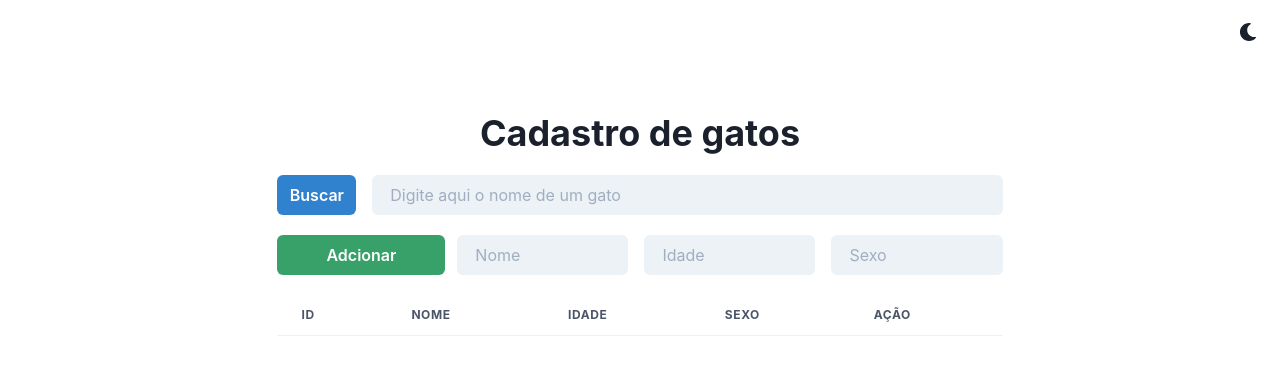
Repository: thislucasme/front-end-cats-react.js
Page: /
An editor plug-in stored every save of this project. The page is shown before and after the next save, followed by the edit.
The browser window is 1280 px wide. The pictures show the whole page.
The page's requests for data from a server got no answer. The project was rebuilt for these pictures with package versions that can differ from the ones it lists, and the page was loaded fresh each time. No one was signed in, and anything a server would have sent is missing.

Above is the page before, as saved 2021-10-27 10:17:44.

### src/App.tsx
import React, { useState, useEffect } from "react";
import {
  ChakraProvider,
  Box,
  VStack,
  Grid,
  theme,
  Flex,
  Button,
  Spacer,
  Input,
  Container,
  Heading,
  Table,
  Thead,
  Tbody,
  Image,
  Tr,
  Th,
  Td,
  useToast
} from "@chakra-ui/react"
import { ColorModeSwitcher } from "./ColorModeSwitcher"
import axios from "axios";
import { Cat } from "./cat.interface";
import useSWR from "swr";

const apiGet = (url:any) => axios.get(url).then(response => response.data);


export const App: React.FC = () => {
  const [gatos, setGatos] = useState<Cat[]>();
  const [nome, setNome] = useState("");
  const [idade, setIdade] = useState("");
  const [sexo, setSexo] = useState("");
  const [campoBusca, setCampoBusca] = useState("");

  const apiRequest = (url: string) => axios.get(url).then(response => response.data);

  const { data, error } = useSWR('http://localhost:3000/cats', apiRequest);



  function getAllTeste(){
    console.log(data);
  }

  const salvar = () => {

    const dadosTemp = {
      nome: nome,
      idade: Number(idade),
      sexo: sexo
    }

    axios.post('http://localhost:3000/cats/cat', dadosTemp)
      .then(result => {
        console.log("salvo");
        //buscar();
      }).catch(error => {
        console.log("erro ao salvar")
      });
  }

    const buscarByNome = () => {
      axios.get('http://localhost:3000/cats/' + campoBusca)
        .then(response => {
          setGatos(response.data);
          setCampoBusca('');
        })
  }

  function apagarGato(id: number) {
    axios.delete('http://localhost:3000/cats/' + id)
      .then(response => {

      })
    console.log("Apagar gato com id: " + id);
  }


  return (
     <ChakraProvider theme={theme}>
    <Box textAlign="center" fontSize="xl">
      <Grid minH="100vh" p={3}>
        <ColorModeSwitcher justifySelf="flex-end" />
        <VStack spacing={8}>
          <Container borderRadius={3} w={"80%"} h={"80vh"}>
            <Heading p={5}>Cadastro de gatos</Heading>
            <Flex>
              <Button colorScheme="blue" onClick={() => {getAllTeste()}}>Buscar</Button>
              <Spacer />
              <Input ml={4} value={campoBusca} onChange={(e) => {setCampoBusca(e.target.value)}} variant="filled" placeholder="Digite aqui o nome de um gato" />
            </Flex>
            <Flex mt={5}>
              <Button mr={3} w="full" colorScheme="green" onClick={() => {salvar()}}>Adcionar</Button>
              <Input valule={nome} onChange={(e) => {setNome(e.target.value)} } variant="filled" placeholder="Nome" />
              <Input valule={idade} onChange={(e) => {setIdade(e.target.value)}} ml={4} variant="filled" placeholder="Idade" />
              <Input valule={sexo} onChange={(e) => {setSexo(e.target.value)}} ml={4} variant="filled" placeholder="Sexo" />
            </Flex>

            <Table mt={5} variant="simple">
              <Thead>
                  <Tr>
                  <Th>ID</Th>
                  <Th>Nome</Th>
                  <Th>Idade</Th>
                    <Th>Sexo</Th>
                    <Th>Ação</Th>
                </Tr>
              </Thead>
                <Tbody>
                  {
                    data?.map((res:Cat) => (
                   <Tr color={"gray"} fontSize={"md"}>
                     <Td>{ res.idGato}</Td>
                     <Td>{ res.nome}</Td>
                      <Td>{ res.idade}</Td>
                     <Td>{res.sexo}</Td>
                     <Td><Button ml={4} variant={"ghost"} onClick={() => {apagarGato(res.idGato)}}><Image src="https://i.ibb.co/89zmrZs/delete.png"/></Button></Td>
                      </Tr>
                 )).reverse()
                 }

              </Tbody>

            </Table>
          </Container>
        </VStack>
      </Grid>
    </Box>
  </ChakraProvider>
  );
}

### src/ColorModeSwitcher.tsx
import * as React from "react"
import {
  useColorMode,
  useColorModeValue,
  IconButton,
  IconButtonProps,
} from "@chakra-ui/react"
import { FaMoon, FaSun } from "react-icons/fa"

type ColorModeSwitcherProps = Omit<IconButtonProps, "aria-label">

export const ColorModeSwitcher: React.FC<ColorModeSwitcherProps> = (props) => {
  const { toggleColorMode } = useColorMode()
  const text = useColorModeValue("dark", "light")
  const SwitchIcon = useColorModeValue(FaMoon, FaSun)

  return (
    <IconButton
      size="md"
      fontSize="lg"
      variant="ghost"
      color="current"
      marginLeft="2"
      onClick={toggleColorMode}
      icon={<SwitchIcon />}
      aria-label={`Switch to ${text} mode`}
      {...props}
    />
  )
}

Loaded but not shown: public/index.html (common file); src/index.tsx (common file); src/reportWebVitals.ts (common file); src/serviceWorker.ts (common file)

After the next save:
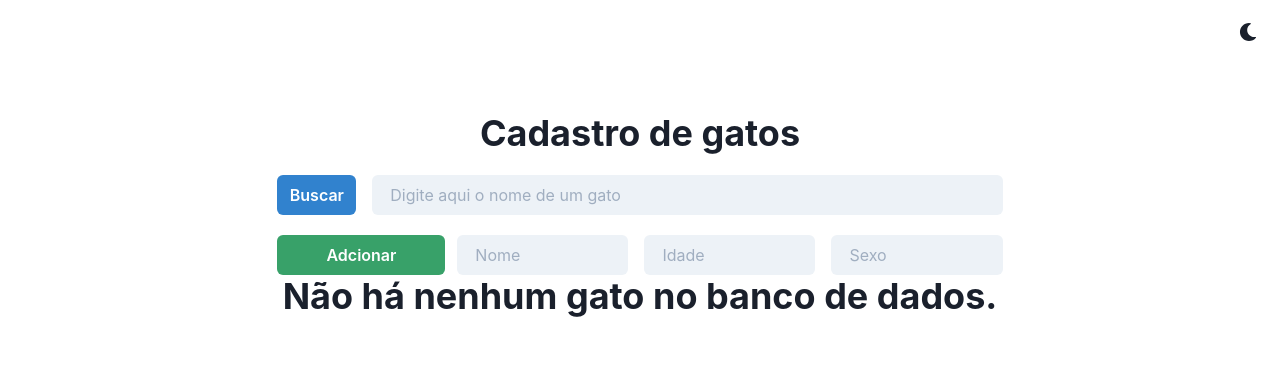
Saved 74 s later.
--- a/src/App.tsx
+++ b/src/App.tsx
@@ -98,33 +98,35 @@ export const App: React.FC = () => {
               <Input valule={idade} onChange={(e) => {setIdade(e.target.value)}} ml={4} variant="filled" placeholder="Idade" />
               <Input valule={sexo} onChange={(e) => {setSexo(e.target.value)}} ml={4} variant="filled" placeholder="Sexo" />
             </Flex>
+              {
+                data ?
+                <Table mt={5} variant="simple">
+                  <Thead>
+                    <Tr>
+                      <Th>ID</Th>
+                      <Th>Nome</Th>
+                      <Th>Idade</Th>
+                      <Th>Sexo</Th>
+                      <Th>Ação</Th>
+                    </Tr>
+                  </Thead>
+                  <Tbody>
+                    {
+                      data?.map((res: Cat) => (
+                        <Tr color={"gray"} fontSize={"md"}>
+                          <Td>{res.idGato}</Td>
+                          <Td>{res.nome}</Td>
+                          <Td>{res.idade}</Td>
+                          <Td>{res.sexo}</Td>
+                          <Td><Button ml={4} variant={"ghost"} onClick={() => { apagarGato(res.idGato) }}><Image src="https://i.ibb.co/89zmrZs/delete.png" /></Button></Td>
+                        </Tr>
+                      )).reverse()
+                    }
 
-            <Table mt={5} variant="simple">
-              <Thead>
-                  <Tr>
-                  <Th>ID</Th>
-                  <Th>Nome</Th>
-                  <Th>Idade</Th>
-                    <Th>Sexo</Th>
-                    <Th>Ação</Th>
-                </Tr>
-              </Thead>
-                <Tbody>
-                  {
-                    data?.map((res:Cat) => (
-                   <Tr color={"gray"} fontSize={"md"}>
-                     <Td>{ res.idGato}</Td>
-                     <Td>{ res.nome}</Td>
-                      <Td>{ res.idade}</Td>
-                     <Td>{res.sexo}</Td>
-                     <Td><Button ml={4} variant={"ghost"} onClick={() => {apagarGato(res.idGato)}}><Image src="https://i.ibb.co/89zmrZs/delete.png"/></Button></Td>
-                      </Tr>
-                 )).reverse()
-                 }
+                  </Tbody>
 
-              </Tbody>
-
-            </Table>
+                </Table> : <Heading>Não há nenhum gato no banco de dados.</Heading>
+              }
           </Container>
         </VStack>
       </Grid>
